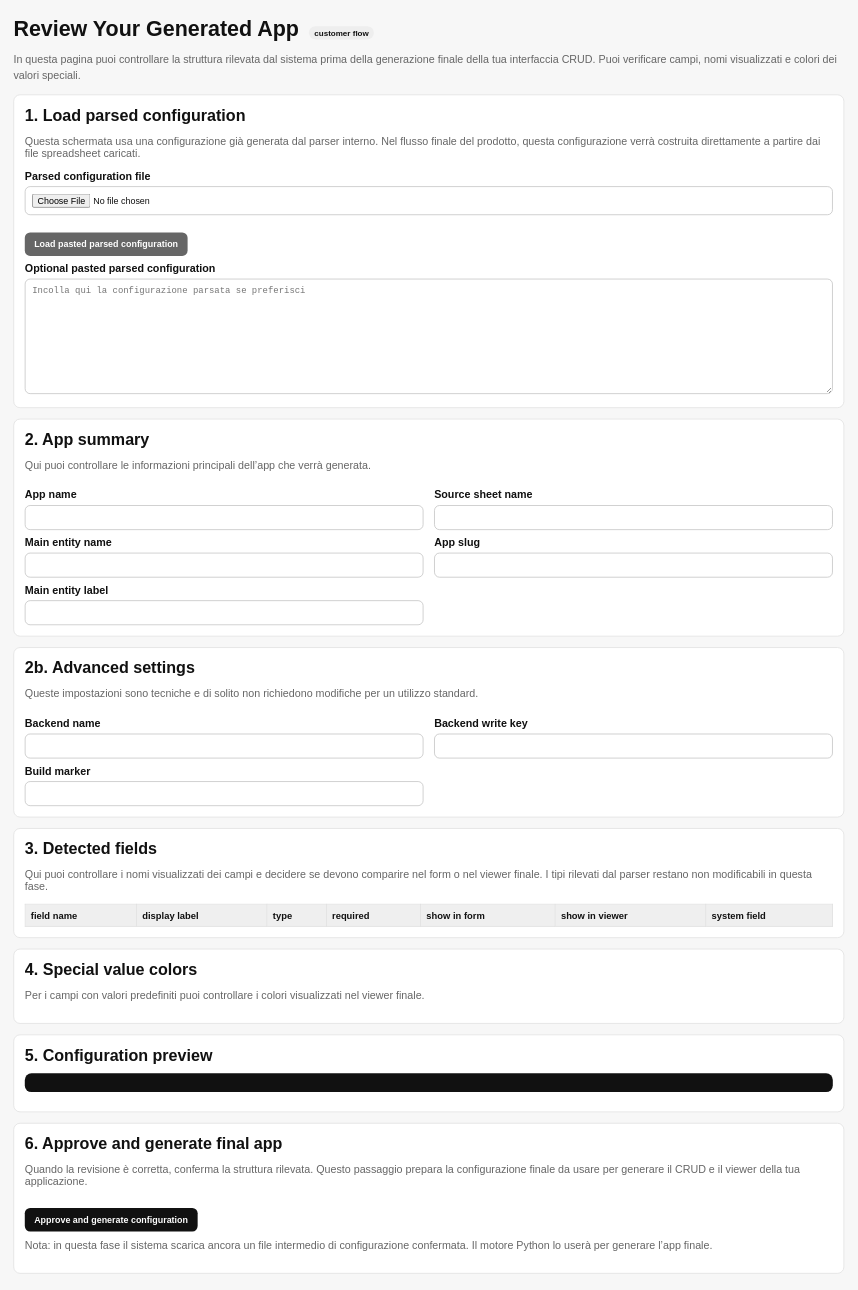
Repository: progettazionemauro/sheets.builder
Page: docs/review.html
An editor plug-in stored every save of this project. The page is shown before and after a run of saves, followed by the edit.
The browser window is 1280 px wide. The pictures show the whole page, at 67% of full size.

Above is the page before, as saved 2026-04-19 08:43:57.

After the next 2 saves:
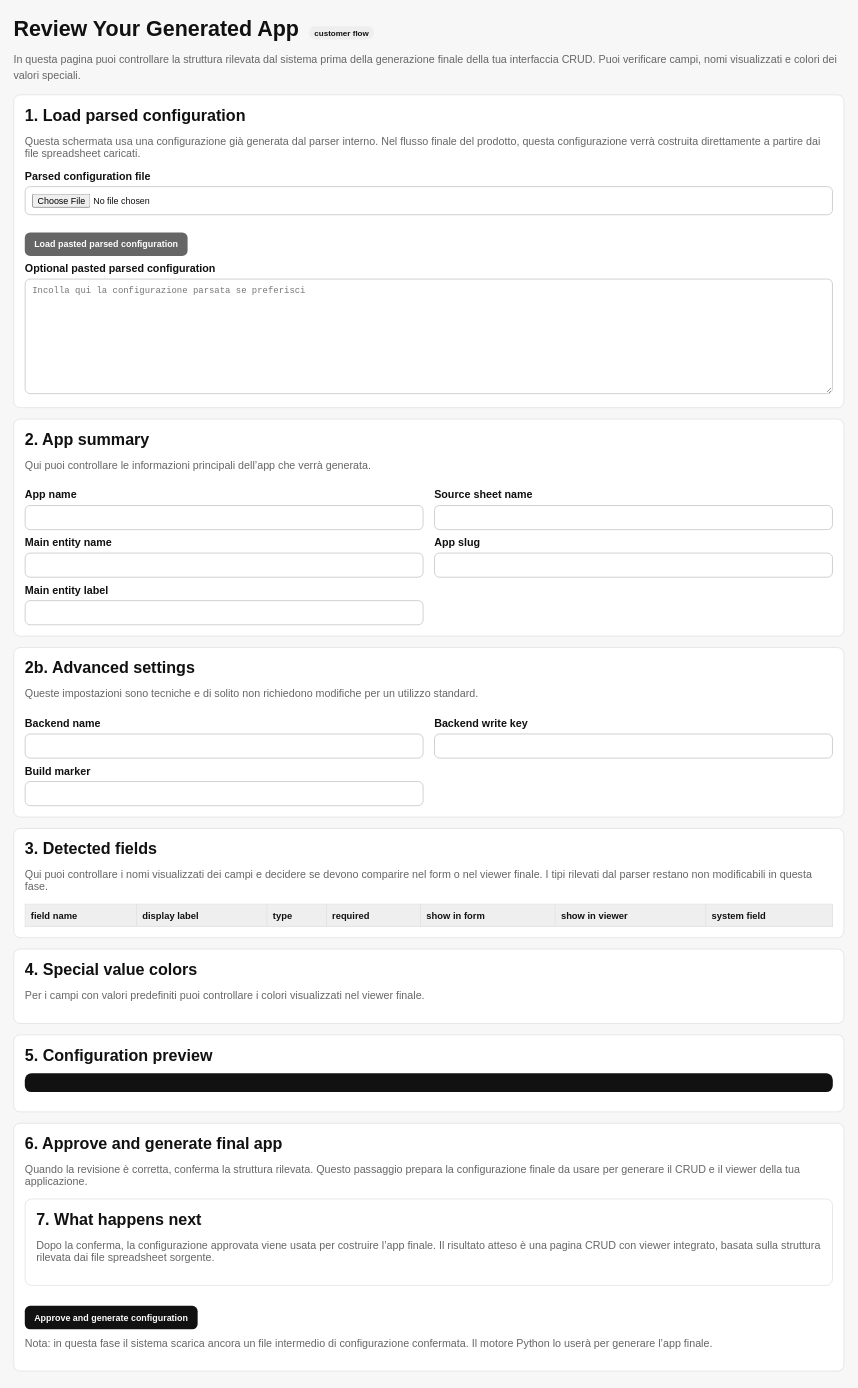
The 2 saves are shown as one change because they came seconds apart.
The last was saved 27 s later.
--- a/docs/review.html
+++ b/docs/review.html
@@ -260,6 +260,14 @@
     Quando la revisione è corretta, conferma la struttura rilevata. Questo passaggio prepara la configurazione finale
     da usare per generare il CRUD e il viewer della tua applicazione.
   </p>
+
+  <div class="card">
+  <h2>7. What happens next</h2>
+  <p class="muted">
+    Dopo la conferma, la configurazione approvata viene usata per costruire l’app finale.
+    Il risultato atteso è una pagina CRUD con viewer integrato, basata sulla struttura rilevata dai file spreadsheet sorgente.
+  </p>
+</div>
 
   <div class="actions">
     <button id="downloadBtn" type="button">Approve and generate configuration</button>
